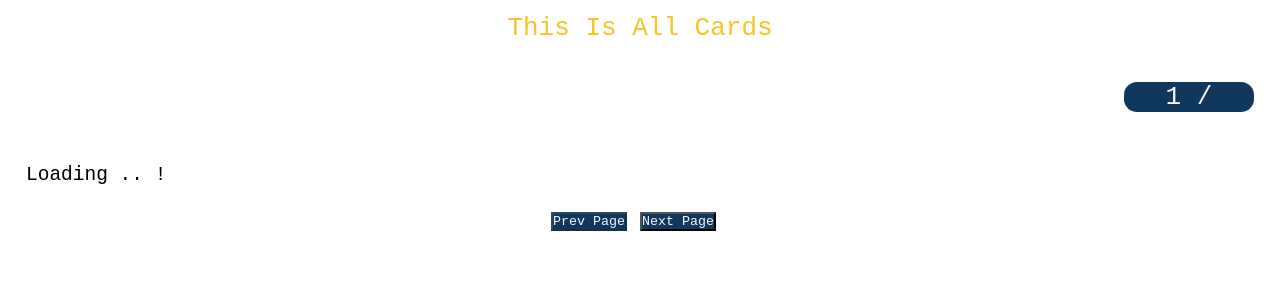
Repository: rehamtaher10/reactQueryTask
Page: /
The author's editor kept a copy of each file at every save. The page is drawn from the files as they stood at one save, then again after the next save.
The browser window is 1280 px wide. The pictures show the whole page.
The page's requests for data from a server got no answer. The project was rebuilt for these pictures with package versions that can differ from the ones it lists, and the page was loaded fresh each time. No one was signed in, and anything a server would have sent is missing. Also part of the build but not shown: vite.config.js.

Above is the page before, as saved 2024-12-07 20:28:07.

After the next save:
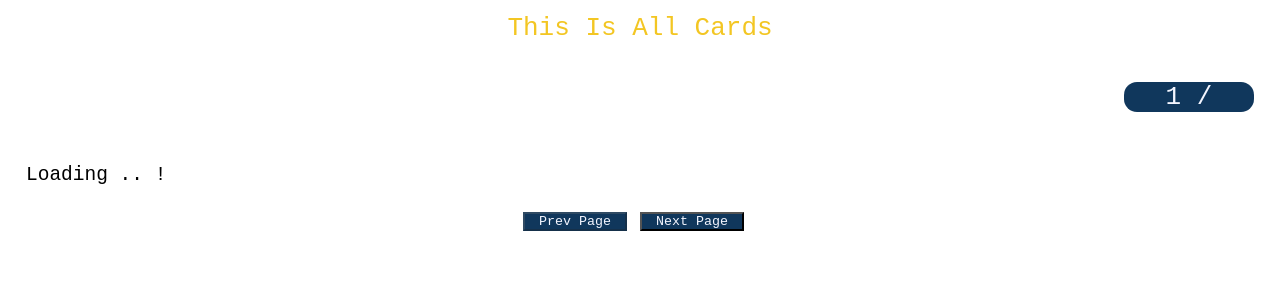
Saved 5 s later.
--- a/src/style/app.css
+++ b/src/style/app.css
@@ -70,5 +70,5 @@ h1{
     color: #F4F6FF;
     direction: ltr;
     margin-right: 1rem;
-    width: ;
+    width: 8rem;
 }
